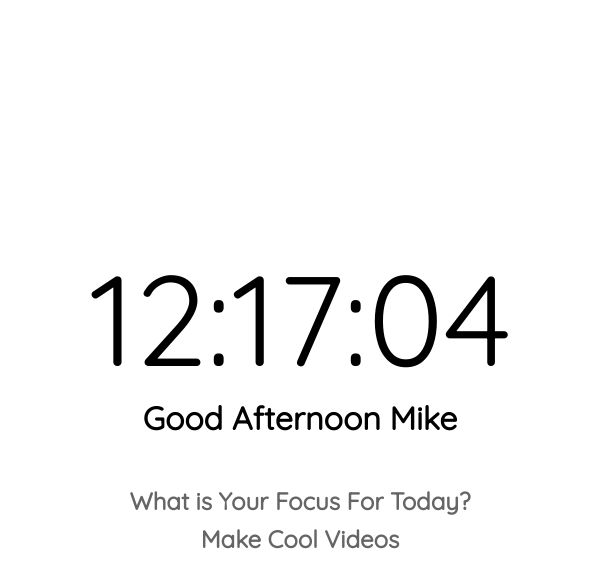
Repository: shadowmare358/focusApp
Page: index.html
An editor plug-in stored every save of this project. The page is shown before and after the next save, followed by the edit.
The browser window is 600 px wide. The pictures show the whole page.

Above is the page before, as saved 2019-08-13 14:40:20.
Not found: js/main.js

### index.html
<!DOCTYPE html>
<html lang="en">
<head>
    <meta charset="UTF-8">
    <meta name="viewport" content="width=device-width, initial-scale=1.0">
    <meta http-equiv="X-UA-Compatible" content="ie=edge">
    <link href="https://fonts.googleapis.com/css?family=Quicksand&display=swap" rel="stylesheet">
    <link rel="stylesheet" href="css/style.css">
    <title>Welcome</title>
</head>
<body>
    <time id="time">12:17:04</time>
    <h1>
        <span id="greeting">Good Afternoon</span>
        <span id="name" contenteditable="true">Mike</span>
    </h1>

    <h2>What is Your Focus For Today?</h2>
    <h2 id="focus" contenteditable="true">Make Cool Videos</h2>

    <script src="js/main.js"></script>
</body>
</html>

### css/style.css
*{
    box-sizing: border-box;
    margin: 0;
    padding: 0;

}

body{
    font-family: 'Quicksand', sans-serif;
    display: flex;
    flex-direction: column;
    align-items: center;
    justify-content: center;
    text-align: center;
    height: 100vh;
    color: black;
}

#time {
    font-size: 8rem;
}
h1{
    margin-bottom: 3rem;
}
h2{
    margin-bottom: 0.5rem;
    opacity: 0.6;
}
@media(max-width: 700px) {
#time{
    font-size: ;
}
}

After the next save:
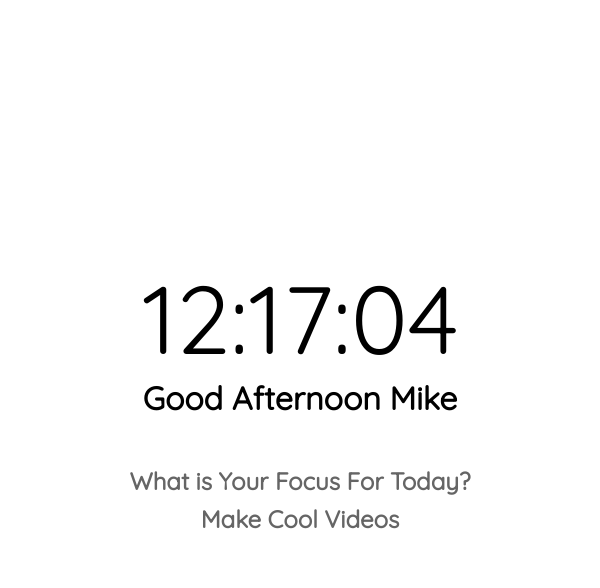
Saved 4 s later.
--- a/css/style.css
+++ b/css/style.css
@@ -28,6 +28,6 @@
 }
 @media(max-width: 700px) {
 #time{
-    font-size: ;
+    font-size: 6rem;
 }
 }
